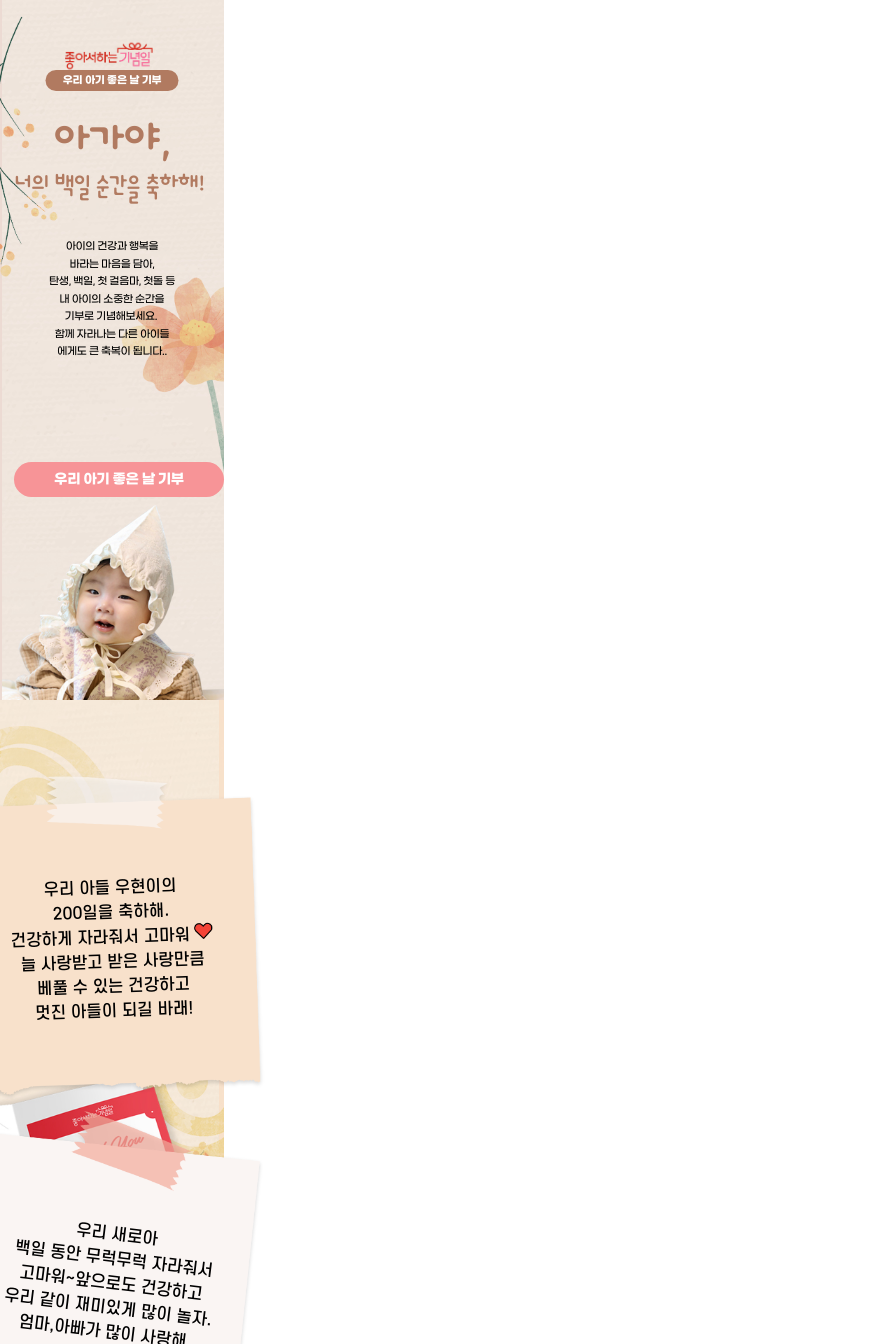
Repository: dlgywls1130/save_the_m320
Page: index.html
These files come from the project's save history. The page is drawn as it stood at one moment and after the next save; the edit follows.
The browser window is 1280 px wide. The pictures show the part of the page from y = 0 to 1920 px (the page is 10040 px tall), at 70% of full size.

Above is the page before, as saved 2023-12-21 01:04:25.

### index.html
<!DOCTYPE html>
<html lang="en">
<head>
    <meta charset="UTF-8">
    <meta name="viewport" content="width=device-width, initial-scale=1.0">
    <title>세이브더칠드런</title>

    <link rel="stylesheet" href="./css/reset.css">
    <link rel="stylesheet" href="./css/style.css">

</head>
<body>
    <div class="content_body">
        <section class="section_wrapper section01">
            <div class="se01 se_wrapper">
                <div class="seo01_mobile_wrapp">
                    <div class="se01_sub">
                        <div class="sub_logo">
                            <img src="./img/logo01.png" alt="logo">
                        </div>
                        <p>우리 아기 좋은 날 기부</p>
                    </div>
                    <p class="seo01_title">
                        아가야,
                    </p>
                    <p class="seo01_title_two">
                        너의 <span id="rollingText">탄생</span> 순간을 축하해!
                    </p>
                </div>
                <div class="seo01_mobile_wrapp_bottom">
                    <p class="section_descript mb-45">
                        아이의 건강과 행복을
                        <br>바라는 마음을 담아,
                        <br>탄생, 백일, 첫 걸음마, 첫돌 등
                        <br>내 아이의 소중한 순간을
                        <br>기부로 기념해보세요.
                        <br>함께 자라나는 다른 아이들
                        <br>에게도 큰 축복이 됩니다..
                    </p>

                    <a class="donation_link" href="javascript:void(0)">우리 아기 좋은 날 기부</a>
                </div>

            </div>
        </section>
        <section class="section_wrapper section02">
            <div class="se02 se_wrapper">
                <div class="postit_wrapper">
                    <div class="postit postit01">
                        <p>우리 아들 우현이의<br>
                        200일을 축하해.<br>
                        <span>건강하게 자라줘서 고마워 <img src="./img/heart.png"></span>
                        늘 사랑받고 받은 사랑만큼<br>
                        베풀 수 있는 건강하고<br>
                        멋진 아들이 되길 바래!</p>
                    </div>
                    <div class="postit postit02">
                        <p>우리 새로아<Br>
                        백일 동안 무럭무럭 자라줘서<Br>
                        고마워~앞으로도 건강하고<Br>
                        우리 같이 재미있게 많이 놀자.<Br>
                        엄마,아빠가 많이 사랑해.</p>
                    </div>

                    <div class="postit postit05">
                        <p>사랑하는 도현이의<br>
                        첫 어린이날과 첫돌을<br>
                        기념하며, <br>
                        이웃을 사랑하는<br>
                        멋진 사람으로 자라길</p>

                    </div>
                    <div class="postit postit04">
                        <p>보미야<br>
                        첫 번째 생일 축하해<br>
                        너의 존재가 온 세상에<br>
                        봄이길 바랄게!   </p>
                    </div>

                    <div class="postit postit03">
                        <p>서진아<br>
                        우리에게 와줘서 고마워<br>
                        건강하고 행복하게 자라렴.<br>
                        사랑해♡      </p>
                    </div>

                </div>

            </div>
        </section>
        <section class="section_wrapper section03">
            <div class="se_wrapper se03">
                <div class="se_title_co">
                    아기의 좋은 날을<br> 기념해 주신 모든 분들께
                    <br>후원감사증서를 보내드립니다.
                </div>
                <div class="se_sub_co">
                    후원감사증서는<Br> 아기에게 남기고 싶은 메시지와 아기의 좋은 날이 담긴 사진을<br> 보관할 수 있도록
                    만들어드립니다.<br> 먼 훗날, 아기가 성장해 읽게 될 날을 그리며 편지를 써보세요.
                </div>
            </div>

        </section>
        <section class="section_wrapper section04">
            <div class="se_wrapper se04">
                <div class="se_title_co">
                    이름 자수 순면거즈블랭킷
                </div>
                <div class="se_sub_co">
                    30만원 이상 후원하신 분들께는 순면 거즈 아기 블랭킷(90*110)에
                    <Br>원하시는 이름(영문)을 예쁘게 수놓아 드립니다.
                </div>

                <div class="se04_slide mt-85">
                    <div class="se04_slide_list">
                        <img src="./img/slide03.jpg">
                    </div>
                    <div class="se04_slide_list">
                        <img src="./img/slide02.jpg">
                    </div>
                    <div class="se04_slide_list">
                        <img src="./img/slide01.jpg">
                    </div>
                </div>
            </div>
        </section>
        <section class="section_wrapper section05">
            <div class="se_wrapper se05">
                <div class="se_title_co">
                    후원신청 과정
                </div>


                <div class="se_sub_co">
                    30만원 이상 후원해 주신 경우,
                    <br>감사 선물 수령 주소 및 아기 블랭킷에 새겨질 문구 확인을 위한 문자가 발송됩니다.
                </div>

                <div class="se_step_list">
                    <div class="se_step">
                        <p class="step_number">1</p>
                        <div class="step_ico">
                            <img src="./img/icon01.png" alt="img">
                        </div>
                        <p class="step_descript">
                            후원신청하기
                        </p>
                    </div>
                    <div class="se_step">
                        <p class="step_number">2</p>
                        <div class="step_ico">
                            <img src="./img/icon02.png" alt="img">
                        </div>
                        <p class="step_descript">
                            후원감사증서
                            메시지 적기
                        </p>
                    </div>
                </div>
                <div class="se_step_list">
                    <div class="se_step">
                        <p class="step_number">3</p>
                        <div class="step_ico">
                            <img src="./img/icon03.png" alt="img">
                        </div>
                        <p class="step_descript">
                            신청완료
                        </p>
                    </div>
                    <div class="se_step">
                        <p class="step_number">4</p>
                        <div class="step_ico">
                            <img src="./img/icon04.png" alt="img">
                        </div>
                        <p class="step_descript">
                            후원감사증서 발송
                            (1주 이내)
                        </p>
                    </div>
                </div>


                <a class="donation_link" href="javascript:void(0)">우리 아기 좋은 날 기부</a>
            </div>

        </section>
        <section class="section_wrapper section06">
            <div class="se_wrapper se06">
                <div class="se_title_co">
                    후원금, 이렇게 쓰여요!
                </div>
                <div class="se_sub_co">
                    세이브더칠드런은 <Br><span>국내외 아동을 위한 교육,
                    <Br>보호, 보건영양지원,<Br> 아동권리옹호</span> 등의<Br> 활동을 해나가고 있습니다.
                </div>
                <div class="se_sub_co">
                    보내주신 후원금은<Br> 정치, 종교, 인종에 관계없이<Br> 모든 아이를 구해야 한다는
                    <Br>세이브더칠드런의 신념에 따라 <Br><span>가장 도움 필요한 아이를 위해 우선 사용</span>됩니다.
                </div>
            </div>

        </section>
        <section class="section_wrapper section07">
            <div class="se_wrapper se07">
                <div class="se_title_co">
                    FAQ
                </div>
                <div class="accordion">
                    <div class="accordion-item">
                        <h3 class="title">
                            <span>1. 30만원 이상 후원했습니다. <br>거즈 순면 블랭킷은 언제 오나요?</span>
                            <img src="./img/top.png">
                        </h3>
                        <p class="paragraph">
                            우리아기 축하기부로 30만원 이상 후원자님들께는 담요에 수놓을 아기 이름과
                            선물 수령 주소 확인을 위한 문자가 발송됩니다.
                            02-6900-4479로 발송되는 문자 속 설문조사에 답해주세요.
                            확인을 완료하신 분들께는 블랭킷 제작을 담당하고 있는 조니 스튜디오에서
                            아기 이름 자수 작업 완료 후 배송해 드립니다.

                        </p>
                    </div>
                    <div class="accordion-item">
                        <h3 class="title">
                            <span>2. 거즈 순면 블랭킷, 안전한 제품인가요?</span>
                            <img src="./img/top.png">
                        </h3>
                        <p class="paragraph">
                            본 블랭킷은 워싱된 3중 거즈로 제작되었으며, KC안전검사를 완료하였습니다.
                            소재 특성상 섬유 조각이 발생할 수 있어 망에 넣지 않고 3번 정도 물빨래 하시는 것을 권장합니다.

                        </p>
                    </div>
                    <div class="accordion-item">
                        <h3 class="title">
                            <span>3. 거즈 순면 블랭킷을 받았는 데 하자가 있어요. <Br>어떻게 해야 하나요? </span>
                            <img src="./img/top.png">
                        </h3>
                        <p class="paragraph">
                            070-4220-4123 (조니스튜디오 CS)로 전화 연락 부탁드립니다. 하자 물품에 대한 교환은 수령일로부터 7일 이내에 조니스튜디오에 연락해주셔야 하며, 이로 인한 후원금 환불은 어렵습니다.
                        </p>
                    </div>
                    <div class="accordion-item">
                        <h3 class="title">
                            <span>4. 후원감사증서에 넣을 수 있는 사진 사이즈는 <Br>얼마인가요?</span>
                            <img src="./img/top.png">
                        </h3>
                        <p class="paragraph">
                            사진 인화 사이즈 5*7 인치에 맞추어서 제작되었습니다.  그보다 작은 사진일 경우, 후원감사증서
                            내부의 주머니에 넣어 보관하실 수도  있습니다.

                        </p>
                    </div>
                </div>
            </div>

        </section>
        <section class="section_wrapper section08">
            <div class="se_wrapper se08">
                <div class="se08_postion">
                    <p class="se08_title">우리 아기 좋은 날 기부</p>
                    <p class="se08_descript">
                        탄생, 백일, 첫 걸음마, 첫돌...
                        <br>소중한 우리 아기의 성장을 기념해 보세요!
                        <br>아기의 좋은 날이 모여 세상의 행복이 됩니다.
                    </p>
                    <a href="javascript:void(0)" class="more_btn">
                        <p>자세히보기</p>
                        <svg xmlns="http://www.w3.org/2000/svg" width="16" height="16" fill="currentColor" class="bi bi-chevron-right" viewBox="0 0 16 16">
                            <path fill-rule="evenodd" d="M4.646 1.646a.5.5 0 0 1 .708 0l6 6a.5.5 0 0 1 0 .708l-6 6a.5.5 0 0 1-.708-.708L10.293 8 4.646 2.354a.5.5 0 0 1 0-.708z"/>
                        </svg>
                    </a>
                </div>

            </div>
        </section>
    </div>

    <script src="https://ajax.googleapis.com/ajax/libs/jquery/1.12.4/jquery.min.js"></script>
    <script src="./js/main.js"></script>
</body>
</html>

### css/style.css

/* root */
:root{
    --main-color:#B17A60;
    --pink-color:#F79497;
}


/* font */

/* dongle */
@font-face {
    font-family: 'Dongle';
    font-weight: 300;
    src: url('../font/Dongle-Light.ttf') format('ttf'),
    url('../font/Dongle-Light.woff') format('woff');
}

@font-face {
    font-family: 'Dongle';
    font-weight: 500;
    src: url('../font/Dongle-Regular.ttf') format('ttf'),
    url('../font/Dongle-Regular.woff') format('woff');
}

@font-face {
    font-family: 'Dongle';
    font-weight: 700;
    src: url('../font/Dongle-Bold.ttf') format('ttf'),
    url('../font/Dongle-Bold.woff') format('woff');
}


/* Gmarket */
@font-face {
    font-family: 'GmarketSans';
    font-weight: 300;
    src: url('../font/GmarketSansLight.ttf') format('ttf'),
    url('../font/GmarketSansLight.woff') format('woff');
}

@font-face {
    font-family: 'GmarketSans';
    font-weight: 500;
    src: url('../font/GmarketSansMedium.ttf') format('ttf'),
    url('../font/GmarketSansMedium.woff') format('woff');
}

@font-face {
    font-family: 'GmarketSans';
    font-weight: 700;
    src: url('../font/GmarketSansBold.ttf') format('ttf'),
    url('../font/GmarketSansBold.woff') format('woff');
}


/* nanumsqure */

@font-face {
    font-family: 'NanumSquare';
    font-weight: 400;
    src: url('../font/NanumSquareL.ttf') format('ttf'),
    url('../font/NanumSquareL.woff') format('woff');
}

@font-face {
    font-family: 'NanumSquare';
    font-weight: 500;
    src: url('../font/NanumSquareR.ttf') format('ttf'),
    url('../font/NanumSquareR.woff') format('woff');
}

@font-face {
    font-family: 'NanumSquare';
    font-weight: 600;
    src: url('../font/NanumSquareB.ttf') format('ttf'),
    url('../font/NanumSquareB.woff') format('woff');
}

@font-face {
    font-family: 'NanumSquare';
    font-weight: 700;
    src: url('../font/NanumSquareEB.ttf') format('ttf'),
    url('../font/NanumSquareEB.woff') format('woff');
}



/* scdream5 */
@font-face {
    font-family: 'SCDream5';
    src: url('../font/SCDream5.woff') format('woff'),
    url('../font/SCDream5.ttf') format('ttf'),
    url('../font/SCDream5.otf') format('otf');
}


.section_wrapper{
    max-width:320px;
    width: 100%;

}

.se_wrapper{
    max-width: 320px;
    width: 100%;
    position: relative;
    box-sizing: border-box;
}


/* section01 */


.section01{
    background: url(../img/back01.jpg) no-repeat;
    height: 1000px;
    background-size: cover;
    background-position: 86%;
}

.se01{
    padding: 60px 20px;
    box-sizing: border-box;
    height: 100%;
    position: relative;
}
.se01_sub{
    display: flex;
    align-items: center;
    margin-bottom: 30px;
    flex-direction: column;
}

.sub_logo{
    width: 125px;
    height: 40px;
    margin-right: 10px;
}

.sub_logo img{
    width: 100%;
    height: 100%;
    object-fit: contain;
}

.se01_sub p{
    width: 190px;
    height: 30px;
    background: #B17A60;
    border-radius: 15px;
    display: flex;
    align-items: center;
    justify-content: center;
    letter-spacing: -0.03em;
    font-size: 15px;
    font-weight: 700;
    font-family: 'GmarketSans',sans-serif;
    color: #fff;
}

.seo01_title{
    font-family: 'Dongle',sans-serif;
    font-weight: 500;
    font-size: 100px;
    color: var(--main-color);
    letter-spacing: -0.03em;
    text-align: center;
}

.seo01_title_two{
    font-family: 'Dongle',sans-serif;
    font-weight: 500;
    font-size: 50px;
    color: var(--main-color);
    letter-spacing: -0.03em;
    margin-top: -7%;
    margin-bottom: 50px;
    display: flex;
    align-items: center;
    white-space: nowrap;
    text-align: center;
}

.seo01_title_two span{
    margin: 0 0.5rem;
}
.section_descript{
    font-size: 15px;
    line-height: 25px;
    font-family: 'GmarketSans';
    font-weight: 500;
    letter-spacing: -0.03em;
    color: #000;
    text-align: center;
}

.donation_link{
    width: 300px;
    height: 50px;
    border-radius: 100px;
    display: flex;
    align-items: center;
    justify-content: center;
    background: var(--pink-color);
    color: #fff;
    font-family: 'GmarketSans';
    font-size: 20px;
    font-weight: 700;
    letter-spacing: -0.03em;
    text-decoration: none;
    margin: 145px auto 0;
}


@keyframes roll {
    from {
        transform: translateY(40%);
        opacity: 0;
    }
    to {
        transform: translateY(0);
        opacity: 1;
    }
  }


  #rollingText.animate-text {
    animation: roll 0.5s ease-in-out;
}

/* section02 */

.section02{
    height: 2800px;
    background: url('../img/back02.jpg') no-repeat;
}

.se02{
    box-sizing: border-box;
    height: 100%;
}
.postit_wrapper{
    width: 100%;
    padding: 76px 60px 96px;
    position: relative;
    display: flex;
    flex-direction: column;
    align-items: center;
    box-sizing: border-box;
}

.ex_text{
    font-family: 'GmarketSans';
    font-size: 20px;
    font-weight: 500;
    letter-spacing: -0.03em;
}


.postit p img{
    width: 26px;
    height: 26px;
    object-fit: contain;
}
.postit p{
    font-family: 'SCDream5';
    font-size: 23px;
    line-height: 35px;
    text-align: center;
    display: flex;
    justify-content: center;
    align-items: center;
    flex-direction: column;
    height: 100%;
}

.postit01{
    background:url('../img/post04.png') no-repeat;
    width: 520px;
    height: 520px;
    background-size: contain;
    box-sizing: border-box;
}

.postit01 p{
    transform: rotate(358deg);
    padding-top: 20px;
}

.postit02{
    background: url('../img/post05.png') no-repeat;
    width: 510px;
    height: 510px;
    background-size: contain;
    box-sizing: border-box;
    margin-top: -19%;
}

.postit02 p{
    transform: rotate(7deg);
    padding-top: 20px;
}

.postit03{
    background:url('../img/post02.png') no-repeat;
    width: 459px;
    height: 459px;
    background-size: contain;
    box-sizing: border-box;
    margin-top: -25%;
    transform: rotate(-14deg);
}

.postit03 p{
    transform: rotate(-7deg);
    padding-top: 20px;
}

.postit04{
    background: url(../img/post03.png) no-repeat;
    width: 440px;
    height: 440px;
    background-size: cover;
    box-sizing: border-box;
    margin-top: -24%;
    transform: rotate(14deg);
}

.postit04 p{
    transform: rotate(7deg);
}

.postit05{
    background:url('../img/post01.png') no-repeat;
    width: 460px;
    height: 460px;
    background-size: contain;
    box-sizing: border-box;
    margin-top: -22%;
}

.postit05 p{
    transform: rotate(-9deg);
    padding-top: 20px;
}

/* section03 */

.section03{
    height: 1200px;
    background: url('../img/back03.jpg') no-repeat;
}

.se03{
    padding: 200px 60px 96px;
    box-sizing: border-box;
    height: 100%;
}


.se_title_co{
    font-size: 80px;
    line-height: 80px;
    letter-spacing: -0.03em;
    font-family: 'Dongle';
    font-weight: 500;
    color: var(--main-color);
    text-align: center;
}

.se_sub_co{
    font-size: 20px;
    letter-spacing: -0.03em;
    line-height: 30px;
    font-family: 'GmarketSans';
    font-weight: 500;
    text-align: center;
    margin-top: 30px;
}

/* section04 */

.section04{
    height: 1740px;
    background: url('../img/back04.jpg') no-repeat;
}

.se04{
    padding: 80px 0 130px;
    box-sizing: border-box;
    height: 100%;
}

.se04_slide{
    margin: 60px auto 0;
    padding: 0 60px;
}


.se04_slide_list{
    width: 520px;
    height: 440px;
    border-radius: 9px;
    margin-bottom: 25px;
}

.se04_slide_list img{
    width:100%;
height: 100%;
object-fit: cover;
border-radius: 15px;
}
/* section05 */
.section05{
    height: 1000px;
    background: url('../img/back05.jpg') no-repeat;
}

.se05{
    padding: 80px 60px 140px;
    box-sizing: border-box;
    height: 100%;
}

.se_step_list{
    display: flex;
    align-content: center;
    margin-top: 20px;
    position: relative;
    flex-wrap: wrap;
    justify-content: space-between;
}


.se_step_list .se_step{
    position: relative;
    display: flex;
    flex-direction: column;
    align-items: center;
}

.step_number{
    font-size: 25px;
    letter-spacing: -0.03em;
    line-height: 35px;
    font-weight: 700;
    font-family: 'GmarketSans';
    position: absolute;
    left: 19%;
    top: 0;
    color: var(--main-color);
    z-index: 2;
}

.se_step_list .se_step .step_ico{
    width: 200px;
    height: 200px;
    border-radius: 50%;
    background-color: #fff;
    display: flex;
    align-items: center;
    justify-content: center;
    position: relative;
    z-index: 1;
}

.se_step_list .se_step .step_ico img {
    width: 138px;
    height: 138px;
    object-fit: contain;
    object-position: 73%;
}

.step_descript{
    font-size: 20px;
    letter-spacing: -0.03em;
    line-height: 23px;
    font-weight: 500;
    font-family: 'GmarketSans';
    text-align: center;
    margin-top: 20px;
    color: var(--main-color);
}


.section05 .donation_link{
    margin: 70px auto 0;
}


/* section06 */
.section06{
    height:800px;
    background: url('../img/back06.jpg') no-repeat;
}

.se06{
    padding: 155px 0;
    height: 100%;
    box-sizing: border-box;
}


.se_sub_co span{
    font-weight: 700;
}
/* section07 */

.section07{
    height:1000px;
    background: url('../img/back07.jpg') no-repeat;
}

.se07{
    padding: 100px 0;
    height: 100%;
    box-sizing: border-box;
}


.accordion{
    margin-top: 38px;
}
.accordion-item {
    padding:15px 30px;
    margin: 0;
    overflow: hidden;
}

.accordion-item .title {
    display: flex;
    justify-content: space-between;
    align-items: center;
    font-weight: 700;
    font-size: 20px;
    line-height: 30px;
    letter-spacing: -0.03em;
    cursor: pointer;
    width: 100%;
    height: 100px;
    border-radius: 50px;
    background-color: #fff;
    color: var(--main-color);
    padding: 0 50px;
    font-family: 'GmarketSans';
    box-sizing: border-box;
    text-indent: -10px;
}

.accordion-item .title img {
    font-size: 0.9rem;
    color: #454545;
    transform: rotate(0);
    transition: transform 0.15s ease;
}

.accordion-item .paragraph {
    font-weight: 500;
    font-size: 20px;
    letter-spacing: -0.03em;
    color: #000;
    display: none;
    padding: 30px 35px 15px;
    list-style: inside;
    line-height: 30px;
    font-family: 'GmarketSans';
}

.accordion-item .paragraph .indent{
    text-indent: 1rem;
}


.accordion-item .paragraph span{
    font-weight: bold;
}

.accordion-item.active .title img{
    transform: rotate(180deg);
}

.accordion-item.active .paragraph {
    display: block;
}


/* section08 */

.section08{
    height:500px;
    background: url('../img/banner.jpg') no-repeat;
}
.se08{
    position: relative;
    height: 100%;
}

.se08_postion{
    display: flex;
    align-items: center;
    justify-content: center;
    flex-direction: column;
    height: 100%;
}

.se08_title{
    font-family: 'NanumSquare';
    font-weight: 600;
    font-size: 30px;
    letter-spacing: -0.05em;
    line-height: 50px;
    position: relative;
    text-align: center;
    margin-bottom: 30px;
}



.se08_descript{
    font-family: 'NanumSquare';
    font-weight: 500;
    font-size: 20px;
    line-height: 30px;
    letter-spacing: -0.05em;
    text-align: center;
}

.more_btn{
    margin-top: 38px;
    width: 150px;
    height: 40px;
    background: #543F2C;
    display: flex;
    align-items: center;
    justify-content: center;
    text-decoration: none;
}

.more_btn p{
    font-family: 'NanumSquare';
    font-weight: 500;
    font-size: 18px;
    color: #fff;

}

.more_btn svg{
    fill: #fff;
}

Loaded but not shown: js/main.js (46 lines, source omitted); css/reset.css (45 lines, source omitted)

After the next save:
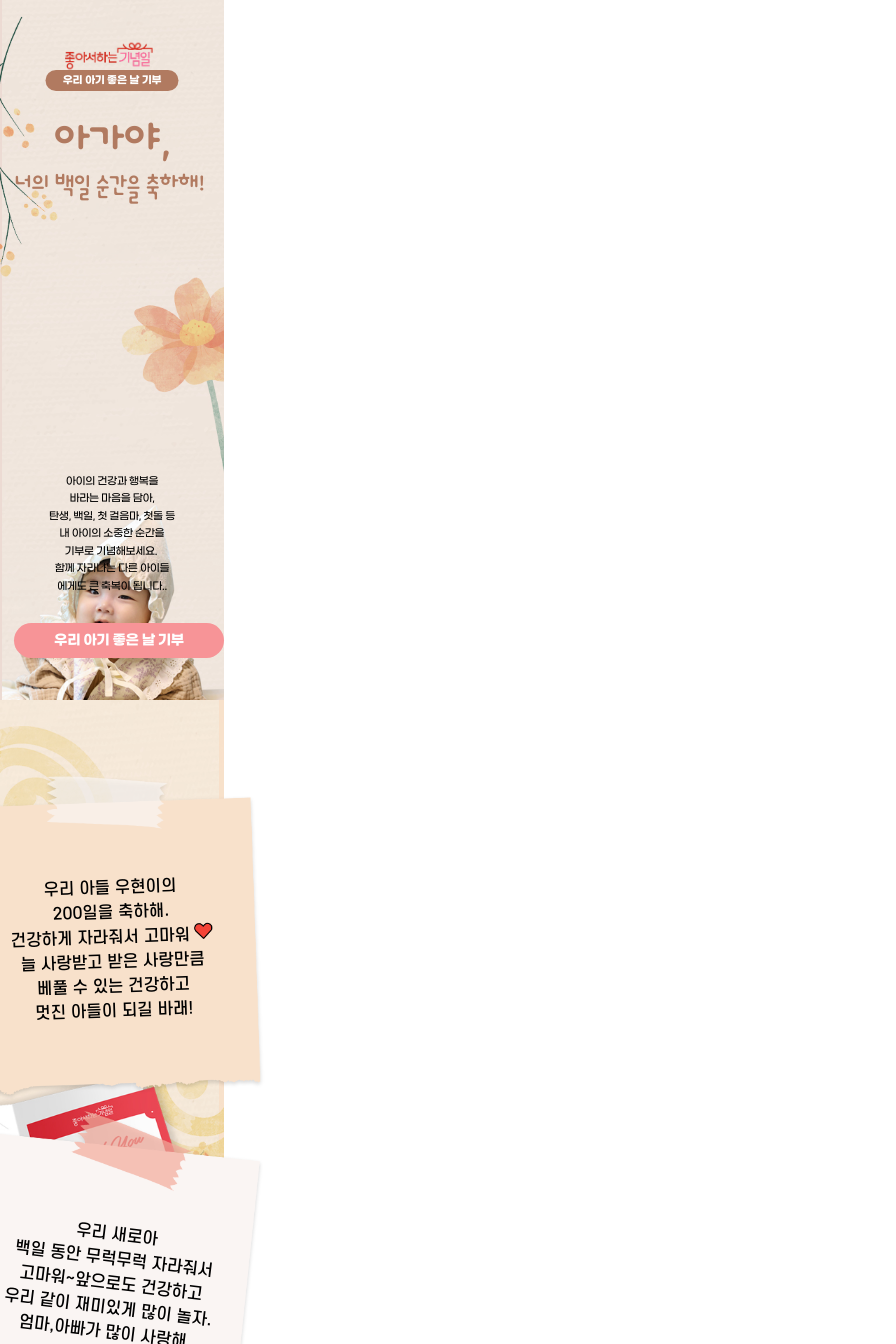
Saved 100 s later.
--- a/css/style.css
+++ b/css/style.css
@@ -124,6 +124,9 @@
     box-sizing: border-box;
     height: 100%;
     position: relative;
+    display: flex;
+    flex-direction: column;
+    justify-content: space-between;
 }
 .se01_sub{
     display: flex;
@@ -209,7 +212,7 @@
     font-weight: 700;
     letter-spacing: -0.03em;
     text-decoration: none;
-    margin: 145px auto 0;
+    margin: 40px auto 0;
 }
 
 
